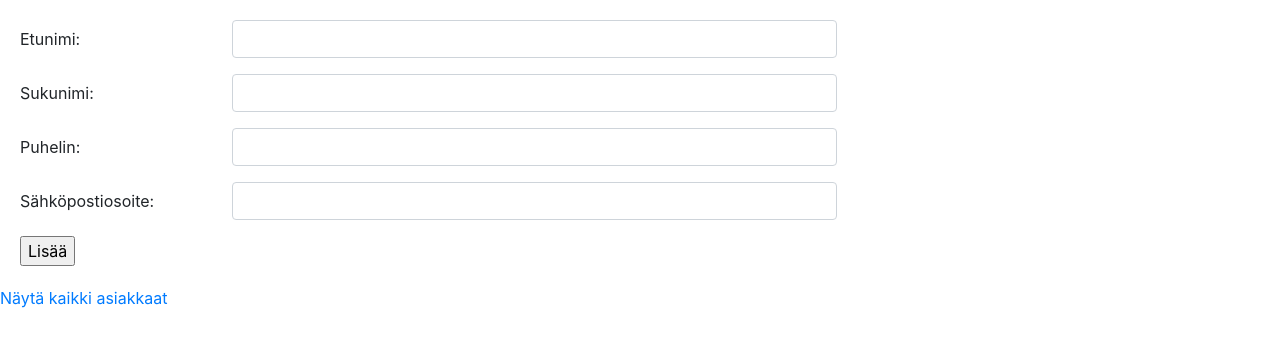
Repository: sarastu5/javaohjelmointi
Page: http://localhost/AsiakkaatWeb/lisaaasiakas.jsp
An editor plug-in stored every save of this project. The page is shown before and after the next save, followed by the edit.
The browser window is 1280 px wide. The pictures show the whole page.
Some web libraries are served in a nearby version. The page is served by Tomcat 9. The session is filled in as if someone had signed in: {"kayttaja": 1}. Other server files are loaded and not shown.

Above is the page before, as saved 2018-05-04 18:46:53.

### Java EE/AsiakkaatWeb/WebContent/lisaaasiakas.jsp
<%@include file="onkokirjauduttu.jsp" %>
<%@ page language="java" contentType="text/html; charset=ISO-8859-1"
    pageEncoding="ISO-8859-1"%>
<!DOCTYPE html PUBLIC "-//W3C//DTD HTML 4.01 Transitional//EN" "http://www.w3.org/TR/html4/loose.dtd">
<html>
<head>
<meta http-equiv="Content-Type" content="text/html; charset=ISO-8859-1">
<script src="https://ajax.googleapis.com/ajax/libs/jquery/3.1.1/jquery.min.js"></script>
<link rel="stylesheet" type="text/css" href="main.css">
<link rel="stylesheet" href="https://stackpath.bootstrapcdn.com/bootstrap/4.1.0/css/bootstrap.min.css" integrity="sha384-9gVQ4dYFwwWSjIDZnLEWnxCjeSWFphJiwGPXr1jddIhOegiu1FwO5qRGvFXOdJZ4" crossorigin="anonymous">
<title>Asiakkaiden lisäys</title>
</head>
<body>
	<div id="error"></div>
	<div class="lomake">
		<form action="LisaaAsiakas" method="post" name="lisaaLomake" onsubmit="return validateForm()" id="lisaaLomake">
			<div class="form-group row">
		   		<label for="etunimi" class="col-sm-2 col-form-label">Etunimi:</label>
		    	<div class="col-sm-6">
		      		<input type="text" class="form-control" name="etunimi" id="etunimi">
		    	</div>
	  		</div>
	  		<div class="form-group row">
		   		<label for="sukunimi" class="col-sm-2 col-form-label">Sukunimi:</label>
		    	<div class="col-sm-6">
		      		<input type="text" class="form-control" name="sukunimi" id="sukunimi">
		    	</div>
	  		</div>
	  		<div class="form-group row">
		   		<label for="puhelin" class="col-sm-2 col-form-label">Puhelin:</label>
		    	<div class="col-sm-6">
		      		<input type="text" class="form-control" name="puhelin" id="puhelin">
		    	</div>
	  		</div>
	  		<div class="form-group row">
		   		<label for="sposti" class="col-sm-2 col-form-label">Sähköpostiosoite:</label>
		    	<div class="col-sm-6">
		      		<input type="text" class="form-control" name="sposti" id="sposti">
		    	</div>
	  		</div>
	  		<tr>
				<td colspan="2"><input type="submit" value="Lisää"></td>
			</tr>
		</form>
	</div>


	<!--
	<form class="form-group row" action="LisaaAsiakas" method="post" name="lisaaLomake" onsubmit="return validateForm()" id="lisaaLomake">
		<table border="1">
			<tr>
				<td align="right">Etunimi:*</td>
				<td><input type="text" class="form-control" name="etunimi" id="etunimi"></td>
			</tr>
			<tr>
				<td align="right">Sukunimi:*</td>
				<td><input type="text" name="sukunimi" id="sukunimi"></td>
			</tr>
			<tr>
				<td align="right">Puhelin:*</td>
				<td><input type="text" name="puhelin" id="puhelin"></td>
			</tr>
			<tr>
				<td align="right">Sähköposti:</td>
				<td><input type="text" name="sposti" id="sposti"></td>
			</tr>
			<tr>
				<td colspan="2"><input type="submit" value="Lisää"></td>
			</tr>
		</table>
	</form>
	  -->

	<a href="haeasiakkaat.jsp">Näytä kaikki asiakkaat</a>

	<script>
		function validateForm() {
			var error = "";

			var etunimi = document.forms["lisaaLomake"]["etunimi"].value;
			if (etunimi == "") {
				error = error + "Etunimi on pakollinen<br>";
			}

			var sukunimi = document.forms["lisaaLomake"]["sukunimi"].value;
			if (sukunimi == "") {
				error = error + "Sukunimi on pakollinen<br>";
			}

			var puhelin = document.forms["lisaaLomake"]["puhelin"].value;
			if (puhelin == "") {
				error = error + "Puhelinnumero on pakollinen<br>";
			}

			if (error !== "") {
				$("#error").html(error);
				return false;
			}
		}
	</script>

	<script src="https://code.jquery.com/jquery-3.3.1.slim.min.js" integrity="sha384-q8i/X+965DzO0rT7abK41JStQIAqVgRVzpbzo5smXKp4YfRvH+8abtTE1Pi6jizo" crossorigin="anonymous"></script>
	<script src="https://cdnjs.cloudflare.com/ajax/libs/popper.js/1.14.0/umd/popper.min.js" integrity="sha384-cs/chFZiN24E4KMATLdqdvsezGxaGsi4hLGOzlXwp5UZB1LY//20VyM2taTB4QvJ" crossorigin="anonymous"></script>
	<script src="https://stackpath.bootstrapcdn.com/bootstrap/4.1.0/js/bootstrap.min.js" integrity="sha384-uefMccjFJAIv6A+rW+L4AHf99KvxDjWSu1z9VI8SKNVmz4sk7buKt/6v9KI65qnm" crossorigin="anonymous"></script>
</body>
</html>

### Java EE/AsiakkaatWeb/WebContent/onkokirjauduttu.jsp
<%
if (session.getAttribute("kayttaja")==null) {
	response.sendRedirect("index.jsp");
	return;
}
%>

### Java EE/AsiakkaatWeb/WebContent/main.css
td.otsikko {
	font-weight: bold;
}

.lomake {
	padding: 20px;
}

After the next save:
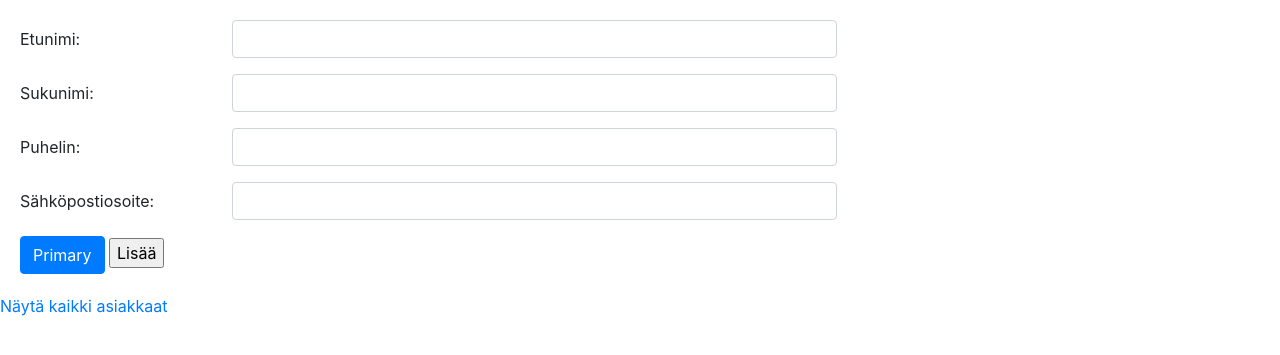
Saved 2 min 18 s later.
--- a/Java EE/AsiakkaatWeb/WebContent/lisaaasiakas.jsp
+++ b/Java EE/AsiakkaatWeb/WebContent/lisaaasiakas.jsp
@@ -38,38 +38,14 @@
 		      		<input type="text" class="form-control" name="sposti" id="sposti">
 		    	</div>
 	  		</div>
+
+	  		<button type="button" class="btn btn-primary">Primary</button>
+
 	  		<tr>
 				<td colspan="2"><input type="submit" value="Lisää"></td>
 			</tr>
 		</form>
 	</div>
-
-
-	<!--
-	<form class="form-group row" action="LisaaAsiakas" method="post" name="lisaaLomake" onsubmit="return validateForm()" id="lisaaLomake">
-		<table border="1">
-			<tr>
-				<td align="right">Etunimi:*</td>
-				<td><input type="text" class="form-control" name="etunimi" id="etunimi"></td>
-			</tr>
-			<tr>
-				<td align="right">Sukunimi:*</td>
-				<td><input type="text" name="sukunimi" id="sukunimi"></td>
-			</tr>
-			<tr>
-				<td align="right">Puhelin:*</td>
-				<td><input type="text" name="puhelin" id="puhelin"></td>
-			</tr>
-			<tr>
-				<td align="right">Sähköposti:</td>
-				<td><input type="text" name="sposti" id="sposti"></td>
-			</tr>
-			<tr>
-				<td colspan="2"><input type="submit" value="Lisää"></td>
-			</tr>
-		</table>
-	</form>
-	  -->
 
 	<a href="haeasiakkaat.jsp">Näytä kaikki asiakkaat</a>
 
